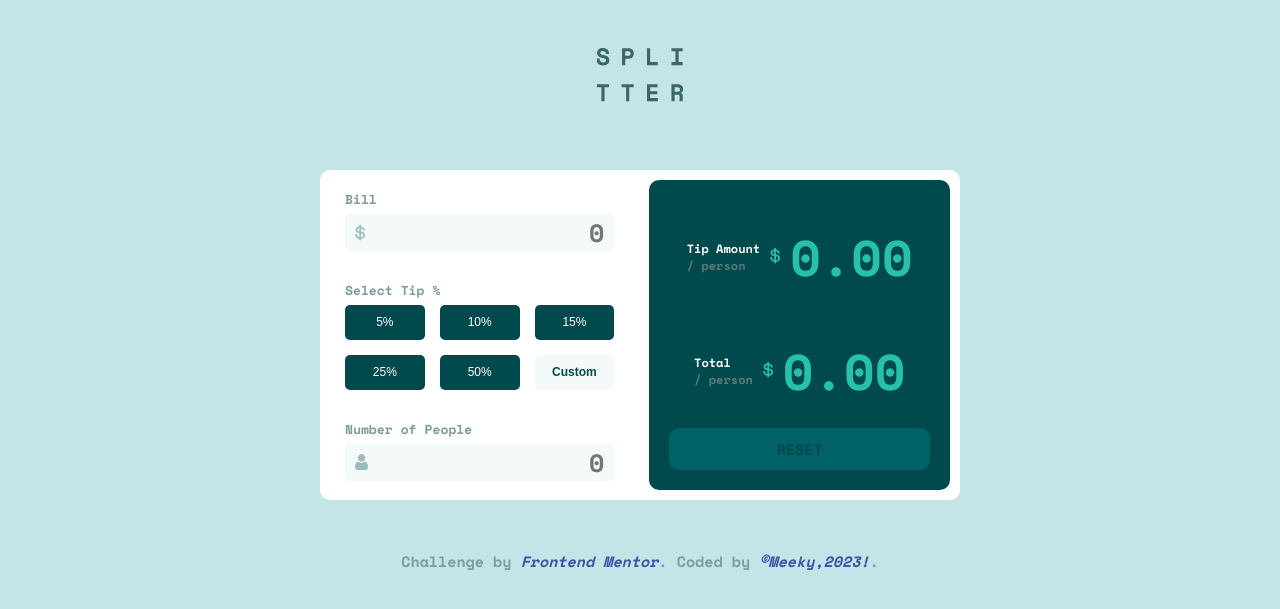
Repository: MeekyBerry/Frontend-Mentor-Challenges
Page: tip-calculator-app/index.html
The author's editor kept a copy of each file at every save. The page is drawn from the files as they stood at one save, then again after the next save.
The browser window is 1280 px wide. The pictures show the whole page.

Above is the page before, as saved 2023-04-07 21:15:29.

After the next save:
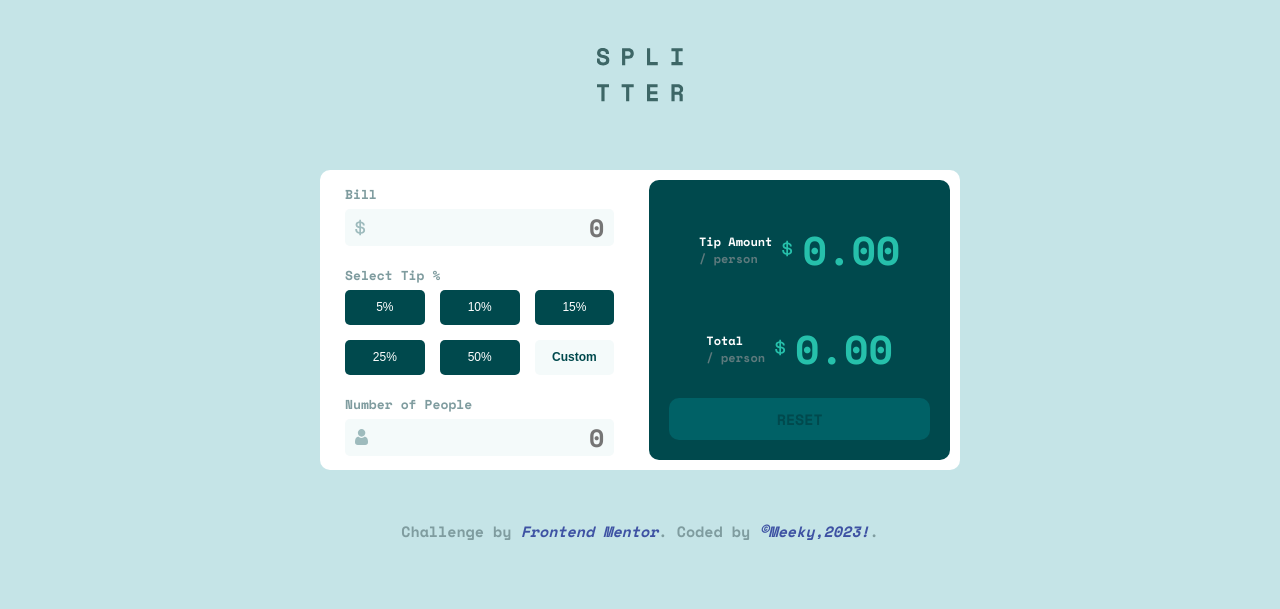
Saved 18 s later.
--- a/tip-calculator-app/css/style.css
+++ b/tip-calculator-app/css/style.css
@@ -271,7 +271,7 @@ svg {
 }
 
 .amount-span {
-  font-size: 5rem;
+  font-size: 4rem;
   color: var(--Strong-cyan);
 }
 
